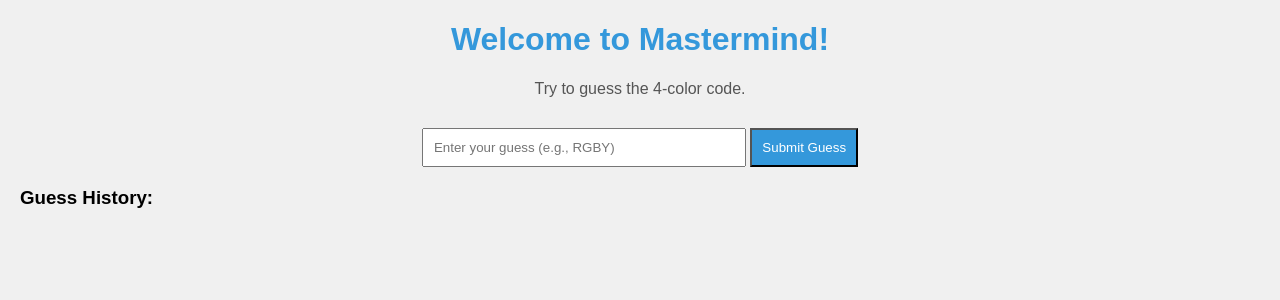
Repository: cheasopheaknita/Mastermind_Game
Page: http://localhost/
The author's editor kept a copy of each file at every save. The page is drawn from the files as they stood at one save, then again after the next save.
The browser window is 1280 px wide. The pictures show the whole page.
The page is served by the project's application, run on Flask 3 (mastermind_project/app.py).

Above is the page before, as saved 2024-02-06 01:51:20.

After the next save:
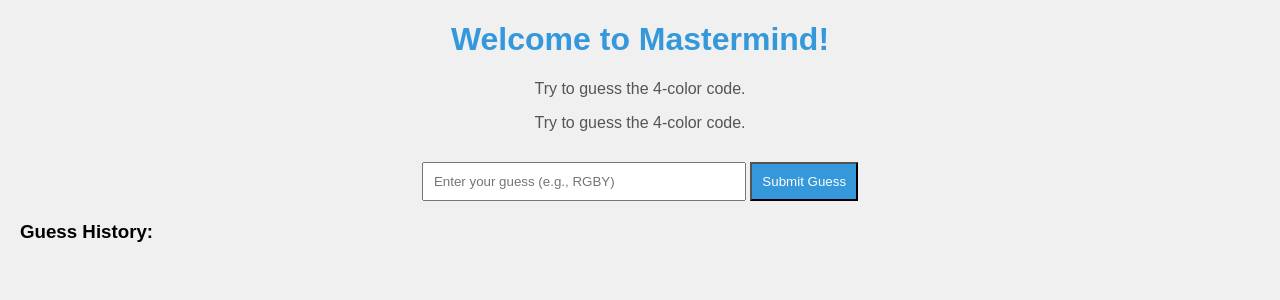
Saved 26 s later.
--- a/mastermind_project/templates/mastermind_game.html
+++ b/mastermind_project/templates/mastermind_game.html
@@ -70,6 +70,7 @@
 </head>
 <body>
     <h1>Welcome to Mastermind!</h1>
+    <p>Try to guess the 4-color code.</p>
     <p>Try to guess the 4-color code.</p>
 
     <div id="result"></div>
